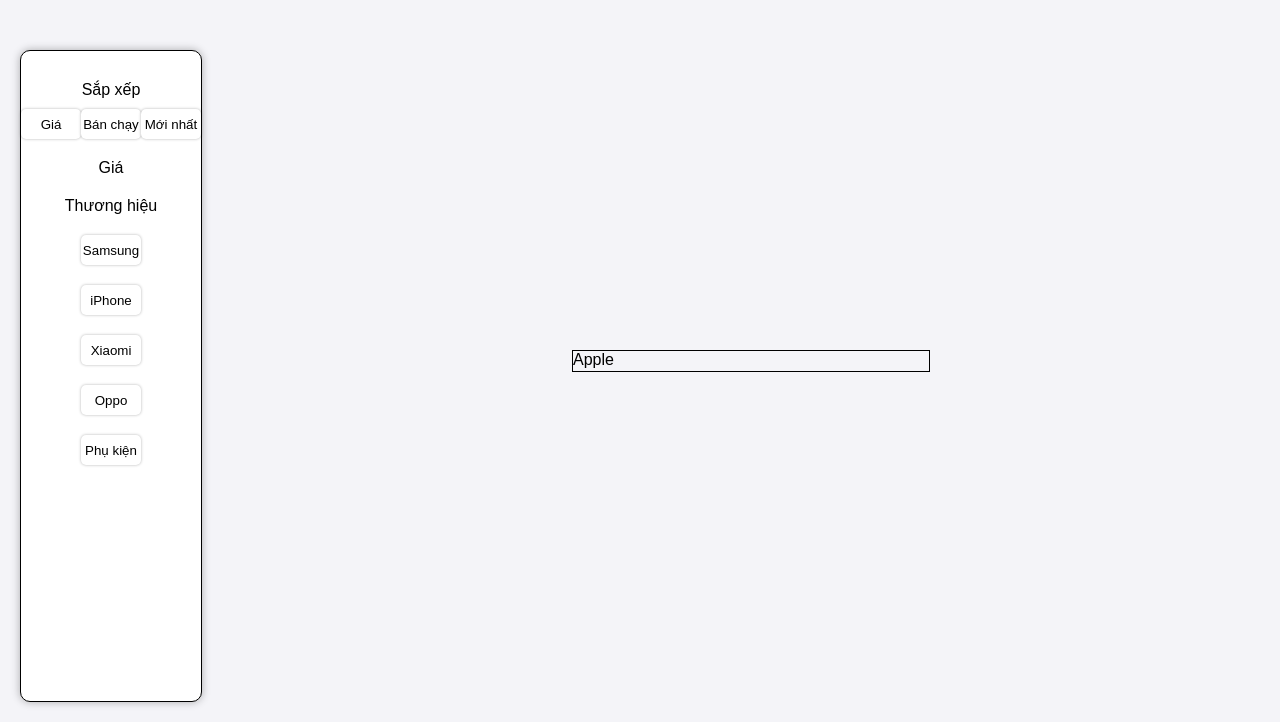
Repository: TrungSonQNIT2k4/ZENTECH
Page: showsp.html
These files come from the project's save history. The page is drawn as it stood at one moment and after a run of saves; the edit follows.
The browser window is 1280 px wide. The pictures show the whole page.
Some web fonts or font styles are not loaded; a fallback is used.

Above is the page before, as saved 2024-11-22 21:45:23.

### showsp.html
<!DOCTYPE html>
<html lang="en">

<head>
    <meta charset="UTF-8">
    <meta name="viewport" content="width=device-width, initial-scale=1.0">
    <title>ZENTECH</title>
    <link rel="stylesheet" href="style.css">
    <link rel="icon" type="image/png" href="/Data/Image/ICONLOGOZ.png" />
    <link href="https://fonts.googleapis.com/css2?family=Francois+One&display=swap" rel="stylesheet">
</head>
<body>
    <div class="container_show_item">
        <div class="menu_choose">
            <div class="Sort">
                <p>Sắp xếp</p>
                <div class="tools">
                    <button>Giá</button>
                    <button>Bán chạy</button>
                    <button>Mới nhất</button>
                </div>
            </div>
            <div class="Price_choose">
                <p>Giá</p>
                <div></div>
            </div>
            <div class="Brand_choose">
                <p>Thương hiệu</p>
                <div class="Brand_tools">
                    <button>Samsung</button>
                    <button>iPhone</button>
                    <button>Xiaomi</button>
                    <button>Oppo</button>
                    <button>Phụ kiện</button>
                </div>
            </div>
        </div>
        <div class="Show_item">
            <div class="name_brand">
                Apple
            </div>
        </div>
    </div>
</body>
</html>

### style.css
*{
    padding: 0;
    margin: 0;
    font-family: 'Francois One', sans-serif;
}
body{
  background-color: #F4F4F8;
}
p{
  color: black;
}
a{
    text-decoration: none;
}
li{
    list-style-type: none;
}
.header{
    display: flex;
    position: fixed;
    background-color: #F4F4F8;
    height: 100px;
    top: 0;
    left: 0;
    width: 100%;
    z-index: 1000;
    box-shadow: 0 6px 10px rgba(0, 0, 0, 0.15);
}
.header_inner{
  width: 100%;
  background-color: #F4F4F8;
  display: flex;
  margin: 10px;
  margin: 10px;
  justify-content: space-between;
  align-items: center;
  position: relative;
}
.header_logo{
  margin-top: 15px;
  padding: 5px;
  height: 120px;
  width: 200px;
  transition: all 0.6s;
}
.header_logo:hover{
  transform: scale(1.05);
}
.globalnav-list{
  display: flex;
  align-items: center;
  font-size: 25px;
  font-family: 'Francois One', sans-serif;
  white-space: nowrap;
}
.globalnav-list-content{
  margin-left: 30px;
  margin-right: 30px;
  transition: all 0.1s;
}
.globalnav-list-content:hover{
  color: red;
}
.menu_item{
  margin: 0 1rem;
}
.menu_item:hover .menu_child{
  opacity: 1;
  visibility: visible;
}
.menu_child{
  background-color: whitesmoke;
  display: flex;
  position: absolute;
  top: 120%;
  left: 0;
  width: 97%;
  padding: 20px;
  border-radius: 20px;
  opacity: 0;
  visibility: hidden;
  justify-content: space-around;
  transition: opacity 0.25s ease, visibility 0.25s ease;
  box-shadow: 0 0 8px rgba(0, 0, 0, 0.15);
}
.menu_child-list p{
  transition: 0.1s;
}
.menu_child-list p:hover{
  color: red;
}
.globalnav-tool{
  display: flex;
  align-items: center;
  white-space: nowrap;
}
.globalnav-tool-content{
  margin-left: 30px;
  margin-right: 30px;
  transition:all 0.5s;
}
.globalnav-tool-content:hover{
  transform: scale(1.1);
}
.icon{
    height: 30px;
    width: 30px;
    margin-top: 5px;
    margin-right: 5px;
}
.container{
    margin-top: 120px;
    margin-bottom: 350px;
    min-height: 1300px;
    background-color: #F4F4F8;
    margin-bottom: 500px;
}
.slogan p{
  font-size: 20px;
  margin: 10px;
  text-align: center;
  color: red;
}
.banner{
  display: flex;
  justify-content: center;
  min-height: 450px;
  width: 1300px;
  margin-right: 30px;
  margin-left: 30px;
  white-space: nowrap;
}
.banner ul{
  padding: 0;
  margin: 0;
  list-style-type: none;
}
.banner-content img{
  border-radius: 10px;
  height: 450px;
  width: 1200px;
}
.smartphone{
  margin-left: 30px;
  margin-right: 30px;
  height: 60px;
  white-space: nowrap;
}
.smartphone ul {
  justify-content: space-around;
  display: flex;
  padding: 0;
  margin-bottom: 20px;
  list-style-type: none;
}

.smartphone li {
  display: flex;
}
.smartphone-content{
  margin: 10px;
  border-radius: 10px;
  border: none;
  background-color: rgba(255, 0, 0, 0);
}
.smartphone-content img{
  border-radius: 10%;
  height: 250px;
  width: 250px;
  box-shadow: 4px 4px 8px rgba(0, 0, 0, 0.3);
  transition: all 0.6s;
}
.smartphone-content img:hover{
  transform: scale(1.05);
  box-shadow: 6px 6px 12px rgba(0, 0, 0, 0.5);
}
.header-item{
  margin-left: 30px;
  margin-right: 30px;
  display: flex;
  justify-content: space-between;
}
.header-topic button{
  height: 30px;
  width: 300px;
  background-color: #D2B48C;
  border: none;
  border-radius: 5px;
}
.header-topic h3{
  transition: all 0.3s;
}
.header-topic h3:hover{
  color: white;
}
.other-link button{
  height: 30px;
  width: 80px;
  margin-left: 5px;
  margin-right: 5px;
  border-radius: 10px;
  transition: all 0.4s;
}
.other-link button:hover{
  transform: scale(1.05);
}
.other-link p:hover{
  color: red;
}
.smartphone-items{
  margin-left: 30px;
  margin-right: 30px;
  display: flex;
}

.smartphone-item button{
  height: 300px;
  width: 240px;
  border-radius: 10px;
  border: none;
  background-color: white;
  box-shadow: 4px 4px 8px rgba(0, 0, 0, 0.3);
  transition: all 0.6s;
}
.smartphone-item button:hover{
  transform: scale(1.05);
}
.smartphone-item img{
  height: 190px;
  width: 180px;
  margin-bottom: 10px;
}
.smartphone-item p{
  font-size: 20px;
  font-weight: 100;
}
.price{
  color: red;
}
::-webkit-scrollbar {
  width: 12px;
  height: 12px;
}

/* Phần thanh kéo */
::-webkit-scrollbar-thumb {
  background-color: #888;
  border-radius: 10px;
  border: 3px solid #f1f1f1;
}

/* Phần đường ray */
::-webkit-scrollbar-track {
  background-color: #f1f1f1;
  border-radius: 10px;
}

/* Phần thanh cuộn khi hover */
::-webkit-scrollbar-thumb:hover {
  background-color: #555;
}
.footer{
    background-color: #F4F4F8;
    min-height: 50px;
    padding: 30px;
    bottom:0;
    margin-right: 30px;
    margin-left: 30px;
    border-radius: 10px;
    box-shadow: 0 -1px 10px rgba(0, 0, 0, 0.15);
}
.footer-menu{
  display: flex;
  justify-content: space-between;
}
.footer-menu-list p{
  transition: all 0.1s;
}
.footer-menu-list p:hover{
  color: red;
}
.footer-tool{
  margin-top: 20px;
  display: flex;
  justify-content: space-around;
}
.footer-tool-list  img{
  height: 90px;
  width: 180px;
}
.footer-menu-contact{
  display: flex;
  justify-content: center;
}
.footer-menu-contact img{
  margin-right: 10px;
  height: 50px;
  width: 50px;
  border-radius: 100%;
  transition: all 0.5s;
}
.footer-menu-contact img:hover{
  transform: scale(1.05);
}
.footer-tool-bank{
  display: flex;
  justify-content: center;
}
.footer-tool-bank img{
  margin-right: 10px;
  height: 50px;
  width: 50px;
  border-radius: 100%;
  transition: all 0.5s;
}
.footer-tool-bank img:hover{
  transform: scale(1.05);
}
.copyright{
  font-size: 12px;
  display: flex;
  justify-content: center;
}
/* showsp_html */
.container_show_item{
  display: flex;
}
.menu_choose{
  margin: 20px;
  margin-top: 50px;
  border: 1px solid;
  border-radius: 10px;
  width: 300px;
  height: 650px;
  box-shadow: 0px 0px 8px rgba(0, 0, 0, 0.3);
  background-color: white;
}
.menu_choose p{
  display: flex;
  justify-content: center;
}
.Sort{
  margin-top: 30px;
}
.tools{
  margin-top: 10px;
  display: flex;
  justify-content: space-around;
}
.tools button{
  height: 30px;
  width: 60px;
  border-radius: 5px;
  border: none;
  transition: 0.8s;
  box-shadow: 0px 0px 3px rgba(0, 0, 0, 0.3);
  background-color: white;
}
.tools button:hover{
  transform: scale(1.1);
  color: red;
}
.Price_choose{
  margin-top: 20px;
}
.Brand_choose{
  margin-top: 20px;
}
.Brand_tools{
  margin: 10px;
  display: grid;
  justify-content: center;
}
.Brand_tools button{
  background-color: white;
  margin: 10px;
  height: 30px;
  width: 60px;
  border-radius: 5px;
  border: none;
  transition: 0.8s;
  box-shadow: 0px 0px 3px rgba(0, 0, 0, 0.3);
}
.Brand_tools button:hover{
  transform: scale(1.1);
  color: red;
}
.Show_item{
  width: 800px;
  height: auto;
  margin: 350px;
  border: 1px solid;
}

After the next 2 saves:
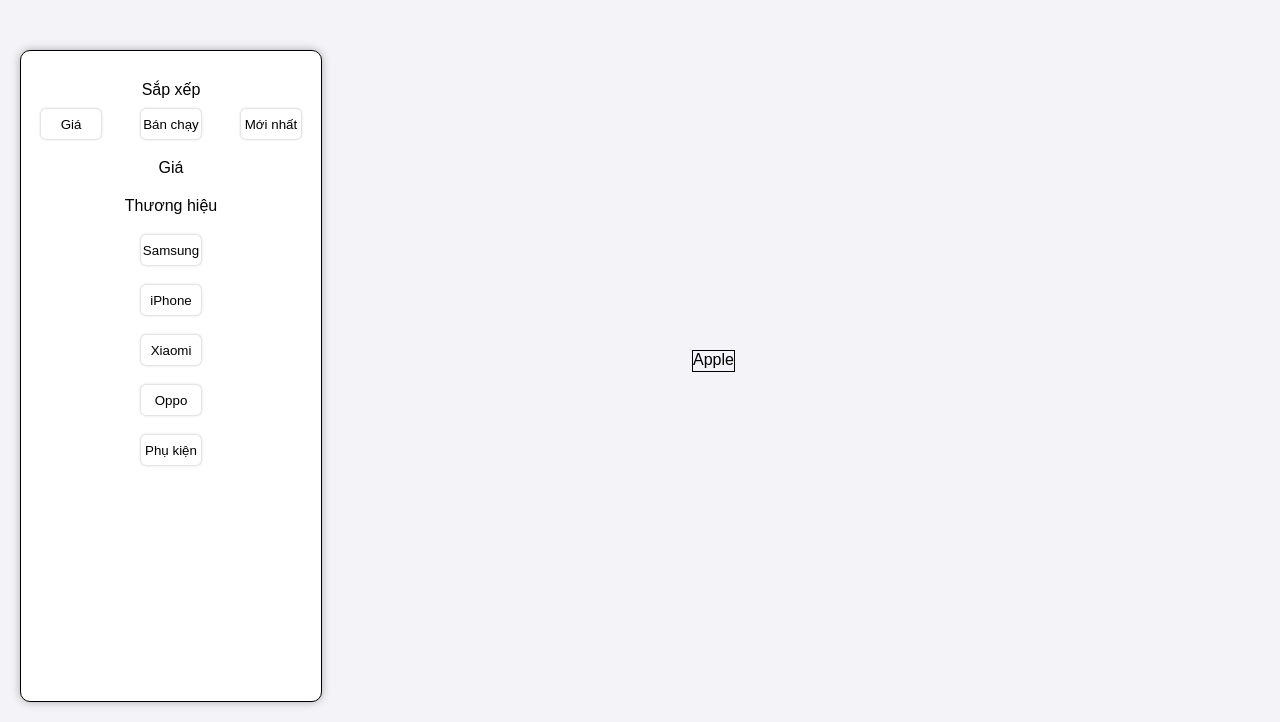
The 2 saves are shown as one change because they came seconds apart.
The last was saved 23 s later.
--- a/style.css
+++ b/style.css
@@ -386,7 +386,7 @@
   color: red;
 }
 .Show_item{
-  width: 800px;
+  width: px;
   height: auto;
   margin: 350px;
   border: 1px solid;
